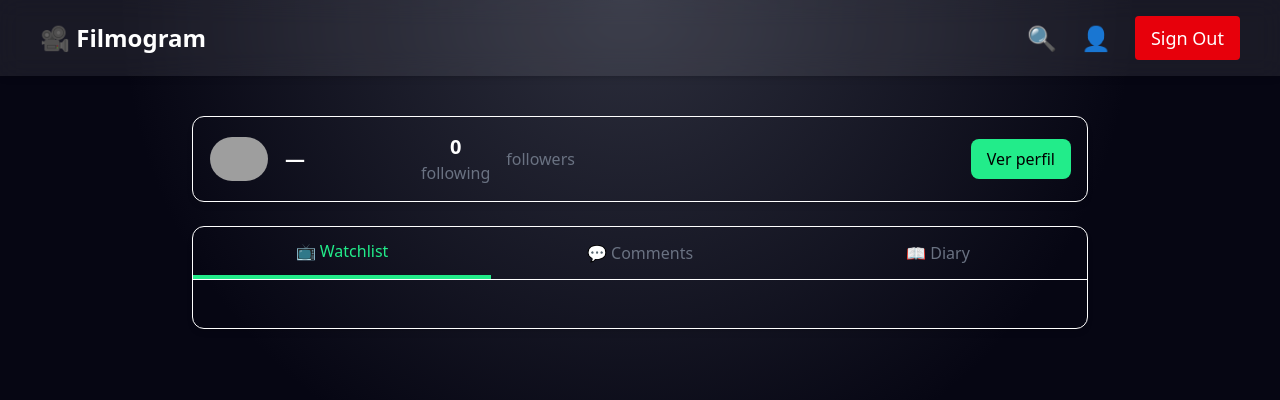
Repository: Leoonard1507/proyecto-final
Page: /client-profile
These files come from the project's save history. The page is drawn as it stood at one moment and after the next save; the edit follows.
The browser window is 1280 px wide. The pictures show the whole page.
Pictures or frames that could not be fetched are drawn as grey boxes. The page's requests for data from a server got no answer. The project was rebuilt for these pictures with package versions that can differ from the ones it lists, and the page was loaded fresh each time. The framework's server and built-in components were replaced by stand-ins that run in the browser. No one was signed in, and anything a server would have sent is missing. Also part of the build but not shown: next.config.ts, src/app/components/profileSections/userWatchlist.tsx, src/app/components/profileSections/userComments.tsx, src/app/components/profileSections/userDiary.tsx, src/libs/axios.ts, src/app/components/profileSections/searchFavsEdit.tsx, src/app/components/profileSections/addFavoritesModal.tsx, src/app/components/profileSections/FavMoviesList.tsx.

Above is the page before, as saved 2025-05-26 13:18:57.

After the next save:
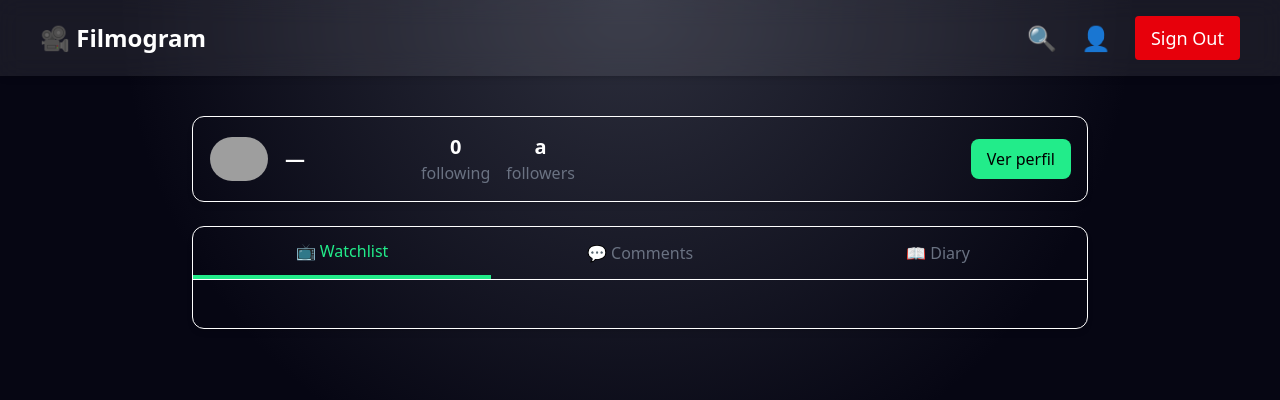
Saved 6 s later.
--- a/src/app/client-profile/page.tsx
+++ b/src/app/client-profile/page.tsx
@@ -146,7 +146,7 @@ export default function ProfilePage() {
             </div>
             <div className="flex flex-col items-center">
               <span className="text-base font-semibold text-xl">
-
+                a
               </span>
               <span className="text-base text-gray-500">followers</span>
             </div>
